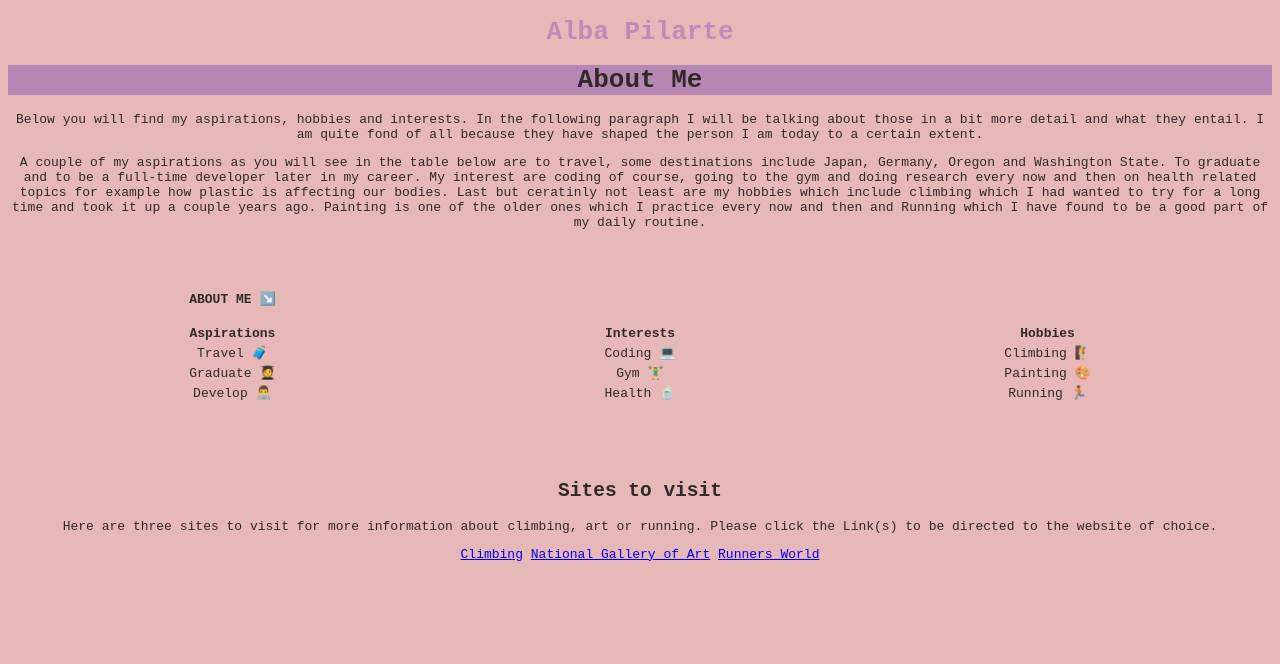
Repository: pilar122/e-portfolio
Page: index.html
The author's editor kept a copy of each file at every save. The page is drawn from the files as they stood at one save, then again after the next save.
The browser window is 1280 px wide. The pictures show the whole page.

Above is the page before, as saved 2022-04-24 13:13:51.

### index.html
<!DOCTYPE html>
<html>
<head>
<title>Alba e-portfolio</title>
<style>
body {
  background-color: rgb(231, 184, 184);
  text-align: center;
  color: rgb(49, 41, 41);
  font-family: monospace;
}
</style>
</head>
<body>
    <header>
        <h1><span style="color:rgb(194, 137, 184)">Alba Pilarte</span></h1>
    </header>
    <header>
        <h1 style="background-color:rgb(182, 135, 179);">About Me</h1>
        <p>Below you will find my aspirations, hobbies and interests. In the following paragraph I will be talking about those in a bit more detail and what they entail. I am quite fond of all because they have shaped the person I am today to a certain extent.</p>
        <p>A couple of my aspirations as you will see in the table below are to travel, some destinations include Japan, Germany, Oregon and Washington State. To graduate and to be a full-time developer later in my career. My interest are coding of course, going to the gym and doing research every now and then on health related topics for example how plastic is affecting our bodies. Last but ceratinly not least are my hobbies which include climbing which I had wanted to try for a long time and took it up a couple years ago. Painting is one of the older ones which I practice every now and then and Running which I have found to be a good part of my daily routine. </p>
    </header>
    <br>
    <br>
    <div class="div1">
    <table style="width:100%" >
        <th><br><header>ABOUT ME ↘️ </header><br></th>
        <tr>
          <th>Aspirations</th>
          <th>Interests</th>
          <th>Hobbies</th>
        </tr>
        <tr>
          <td>Travel 🧳</td>
          <td>Coding 💻</td>
          <td>Climbing 🧗</td>
        </tr>
        <tr>
          <td>Graduate 🧑‍🎓</td>
          <td>Gym 🏋️‍♂️</td>
          <td>Painting 🎨</td>
        </tr>
        <tr>
            <td>Develop 👨‍💻</td>
            <td>Health 🍵</td>
            <td>Running 🏃🏽</td>
        </tr>
    </table>
    </div>
    <br>
    <br>
    <br>
    <br>
    <div class="div2">
    <footer>
        <h2>Sites to visit</h2>
        <p>Here are three sites to visit for more information about climbing, art or running. Please click the Link(s) to be directed to the website of choice. </p>
        <a href="https://www.climbing.com">Climbing</a>
        <a href="https://www.nga.gov/collection/drawings/american-drawings.html">National Gallery of Art</a>
        <a href="https://www.runnersworld.com/runners-stories/">Runners World</a>
    </footer>
    </div>
</body>
</html>

After the next save:
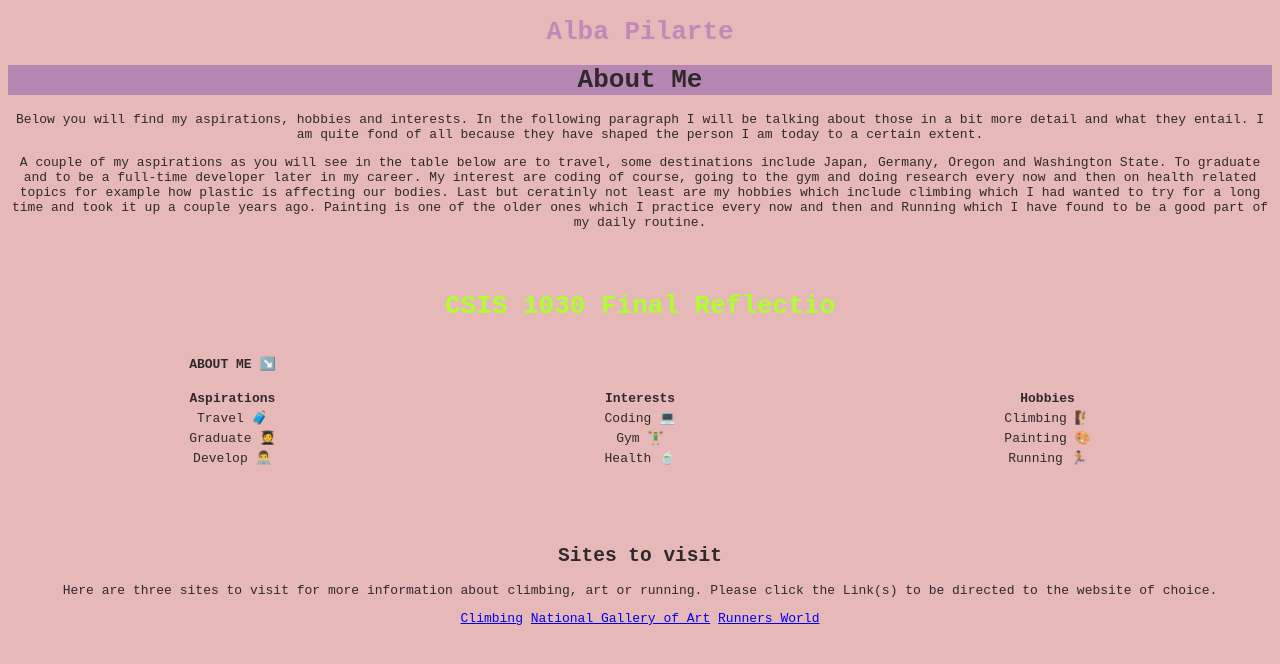
Saved 31 min 59 s later.
--- a/index.html
+++ b/index.html
@@ -22,6 +22,13 @@ body {
     </header>
     <br>
     <br>
+
+    <Header>
+      <h1> <span style= "color: greenyellow;">CSIS 1030 Final Reflectio</span></h1>
+    </Header>
+
+
+
     <div class="div1">
     <table style="width:100%" >
         <th><br><header>ABOUT ME ↘️ </header><br></th>
